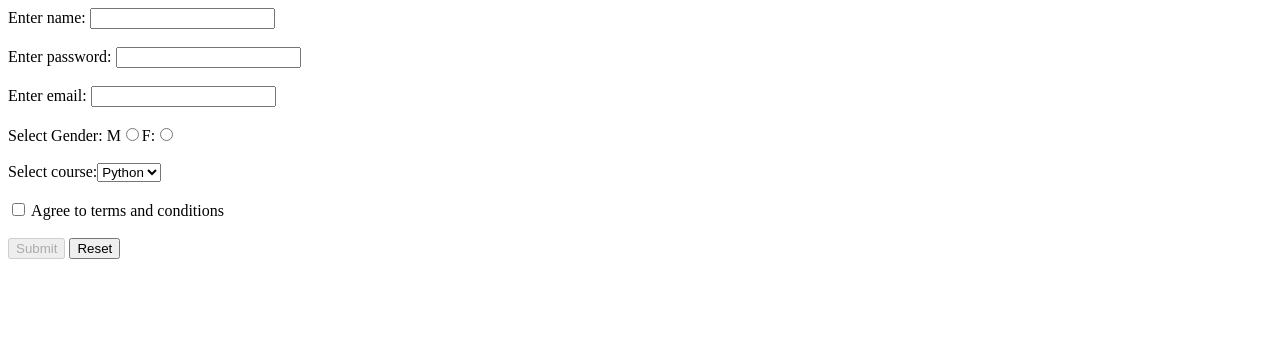
Repository: sagnik938/JSP-JSTL-and-Hibernate
Page: FormAssgn/src/main/webapp/index.html
The author's editor kept a copy of each file at every save. The page is drawn from the files as they stood at one save, then again after the next save.
The browser window is 1280 px wide. The pictures show the whole page.

Above is the page before, as saved 2023-02-07 09:14:37.

After the next save:
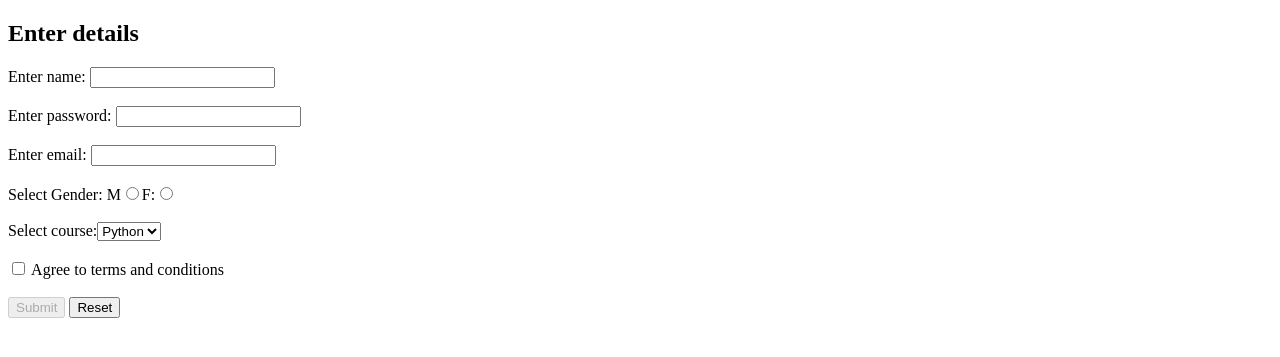
Saved 32 s later.
--- a/FormAssgn/src/main/webapp/index.html
+++ b/FormAssgn/src/main/webapp/index.html
@@ -5,6 +5,7 @@
 <title>Form Assignment</title>
 </head>
 <body>
+<h2>Enter details</h2>
 <form action="registration" >
 Enter name: <input type = "text" name = "name">
 <br>
